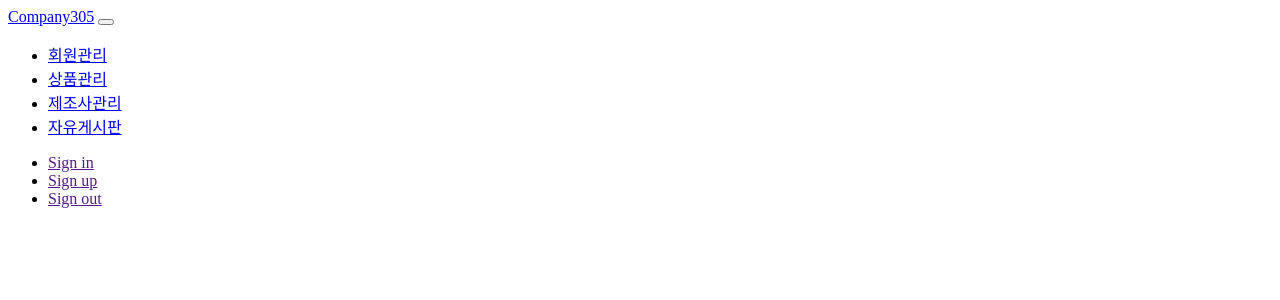
Repository: hoseolkim/restart
Page: http://localhost/WebStudy03_Mybatis/includee/headerMenu.jsp
An editor plug-in stored every save of this project. The page is shown before and after the next save, followed by the edit.
The browser window is 1280 px wide. The pictures show the whole page.
The page is served by Tomcat 9. Nobody is signed in. The application's start-up code is not run.

Above is the page before, as saved 2023-10-10 01:55:12.

After the next save:
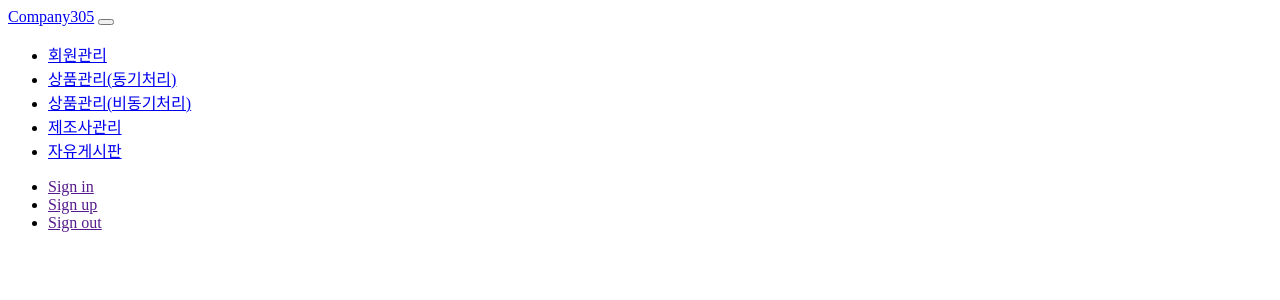
Saved 3 h 27 min later.
--- a/WebStudy03_Mybatis/src/main/webapp/includee/headerMenu.jsp
+++ b/WebStudy03_Mybatis/src/main/webapp/includee/headerMenu.jsp
@@ -11,7 +11,10 @@
       <a class="nav-link" href="<c:url value='/member/memberList.do'/>">회원관리</a>
     </li>
     <li class="nav-item text-nowrap">
-      <a class="nav-link" href="<c:url value='/prod/prodList.do'/>">상품관리</a>
+      <a class="nav-link" href="<c:url value='/prod/prodList.do'/>">상품관리(동기처리)</a>
+    </li>
+    <li class="nav-item text-nowrap">
+      <a class="nav-link" href="<c:url value='/prod/prodList.do'/>">상품관리(비동기처리)</a>
     </li>
     <li class="nav-item text-nowrap">
       <a class="nav-link" href="#">제조사관리</a>
